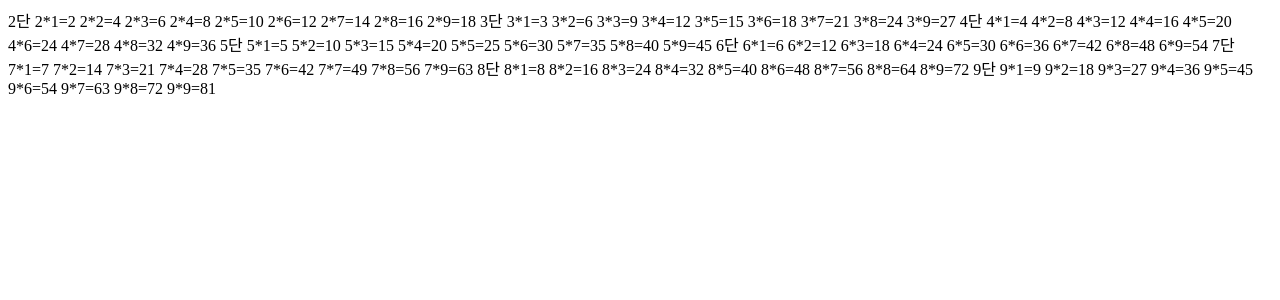
Repository: djdh94/JSP
Page: http://localhost/JSPBasic/JspTag/Scriptlet.jsp
An editor plug-in stored every save of this project. The page is shown before and after the next save, followed by the edit.
The browser window is 1280 px wide. The pictures show the whole page.
The page is served by Tomcat 9.

Above is the page before, as saved 2022-12-16 12:43:55.

After the next save:
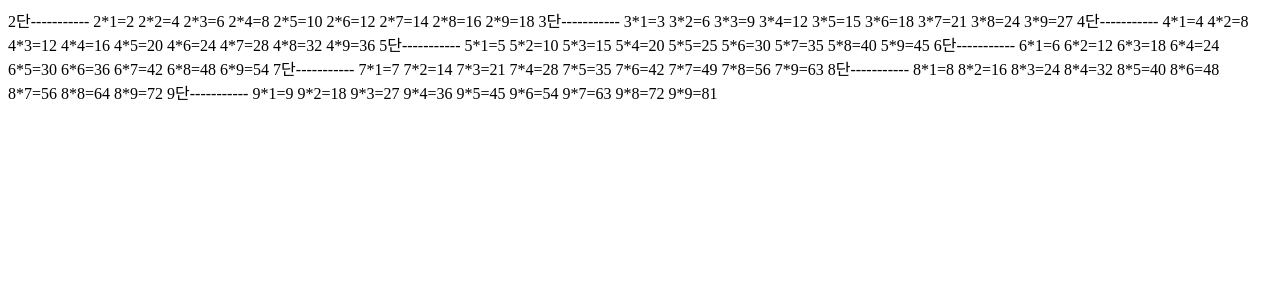
Saved 10 s later.
--- a/JSPBasic/src/main/webapp/JspTag/Scriptlet.jsp
+++ b/JSPBasic/src/main/webapp/JspTag/Scriptlet.jsp
@@ -9,7 +9,7 @@
 <body>
 	<%
 	for(int dan=2; dan<10; dan++){
-		out.println(dan+"단");
+		out.println(dan+"단-----------");
 		for(int i=1; i<10; i++){
 			out.println(dan+"*"+i+"="+dan*i);
 		}
